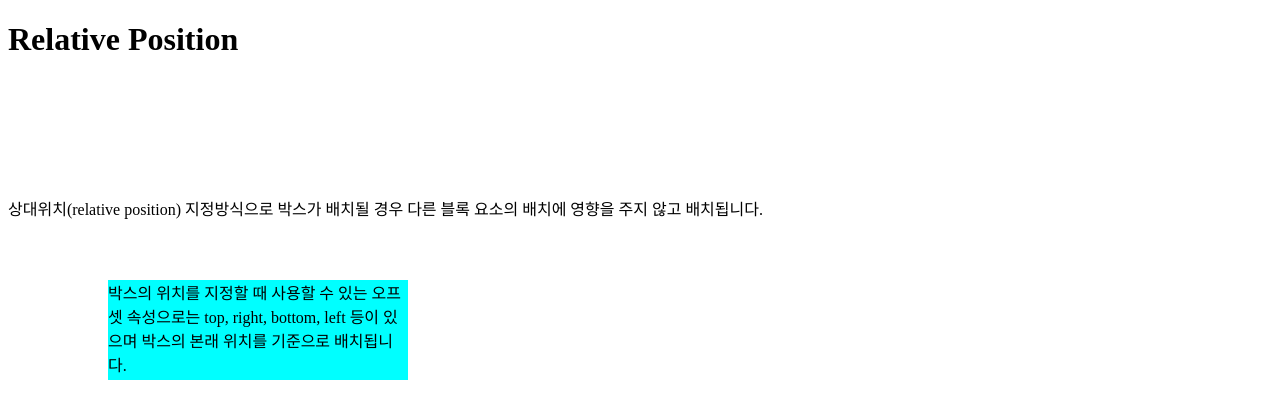
Repository: RyuJelly/java_web
Page: CSS/WebContent/exam2/3-5-09.html
The author's editor kept a copy of each file at every save. The page is drawn from the files as they stood at one save, then again after the next save.
The browser window is 1280 px wide. The pictures show the whole page.

Above is the page before, as saved 2021-03-08 02:17:49.

After the next save:
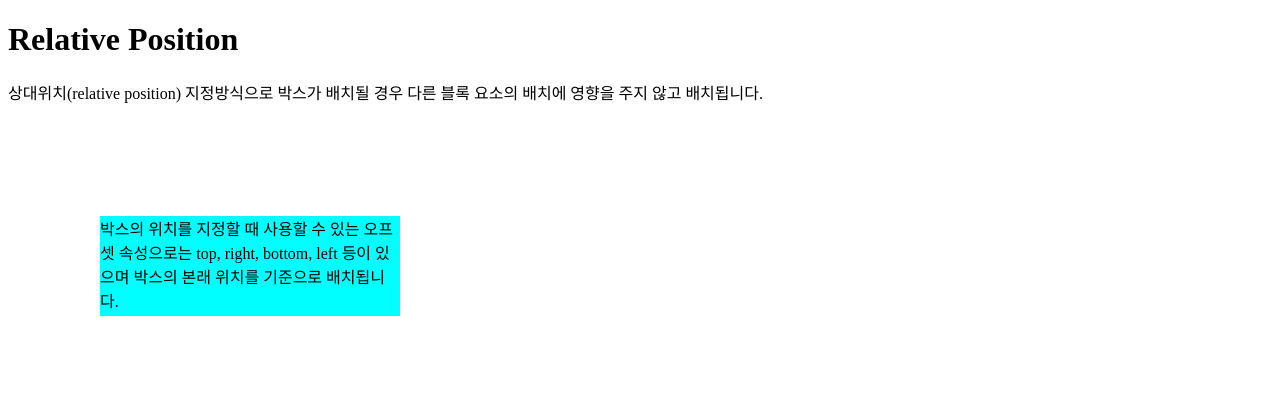
Saved 16 s later.
--- a/CSS/WebContent/exam2/3-5-09.html
+++ b/CSS/WebContent/exam2/3-5-09.html
@@ -10,7 +10,7 @@
 			background: aqua;
 			top: 200px;
 			left: 100px;
-			position: relative;
+			position: absolute;
 		}
 	</style>
 </head>
